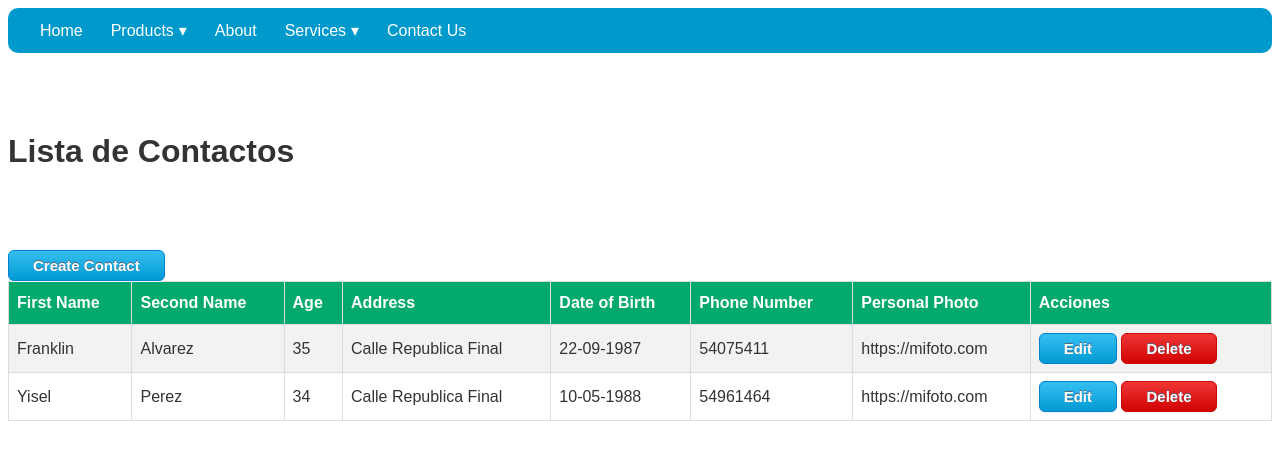
Repository: fgala1619/frontSistGestionBank
Page: index.html
An editor plug-in stored every save of this project. The page is shown before and after the next save, followed by the edit.
The browser window is 1280 px wide. The pictures show the whole page.
Empty fields were first filled with sample values (such as "Sample", 5 or name@example.com).
After loading, the first visible `a.myButton` was clicked once.

Above is the page before, as saved 2023-07-26 13:32:19.

After the next save:
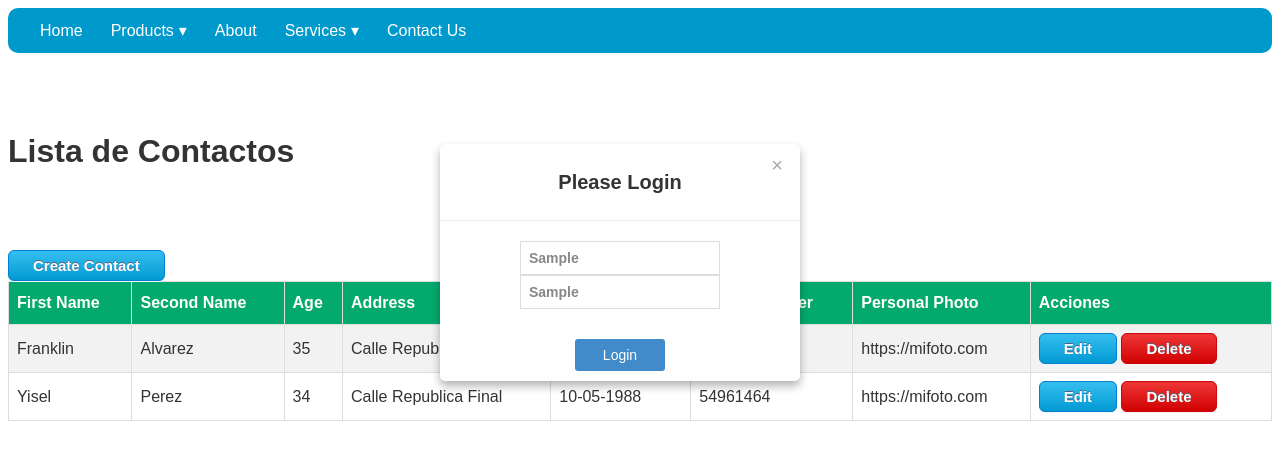
Saved 29 s later.
--- a/index.html
+++ b/index.html
@@ -97,6 +97,6 @@
 <script>
     function createContact(){
         htmlModal = document.getElementById("modal");
-        htmlModal.setAttribute("class", "active");
+        htmlModal.setAttribute("class", "opened");
     }
 </script>
